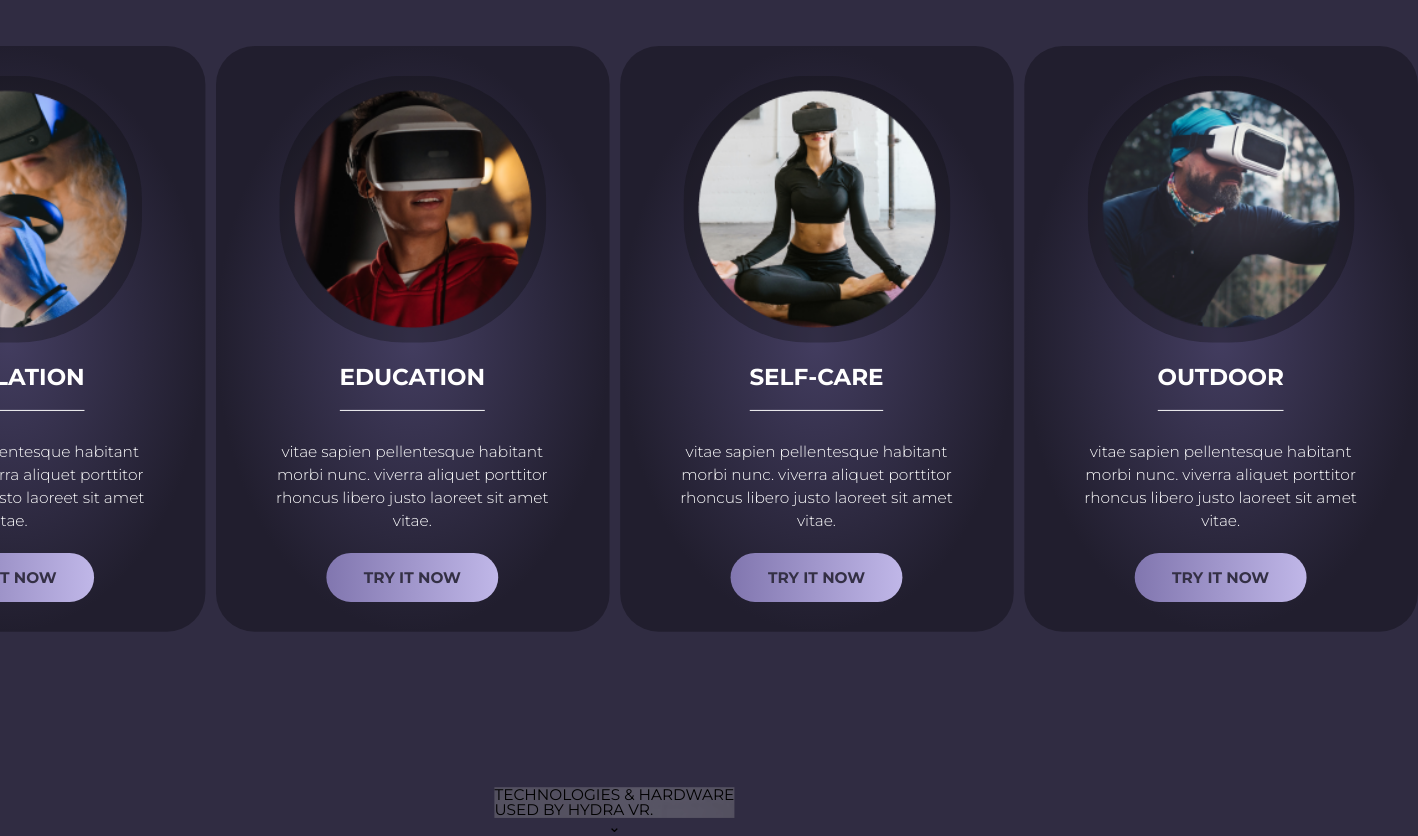
Repository: xMargi/Hydra-LandingPage
Page: index.html
An editor plug-in stored every save of this project. The page is shown before and after the next save, followed by the edit.
The browser window is 1280 px wide. The page is 1477 px wide, so the pictures cover 1477 px, including what lies to the right of the window. The pictures show the whole page, at 96% of full size.

Above is the page before, as saved 2023-06-07 20:48:58.

After the next save:
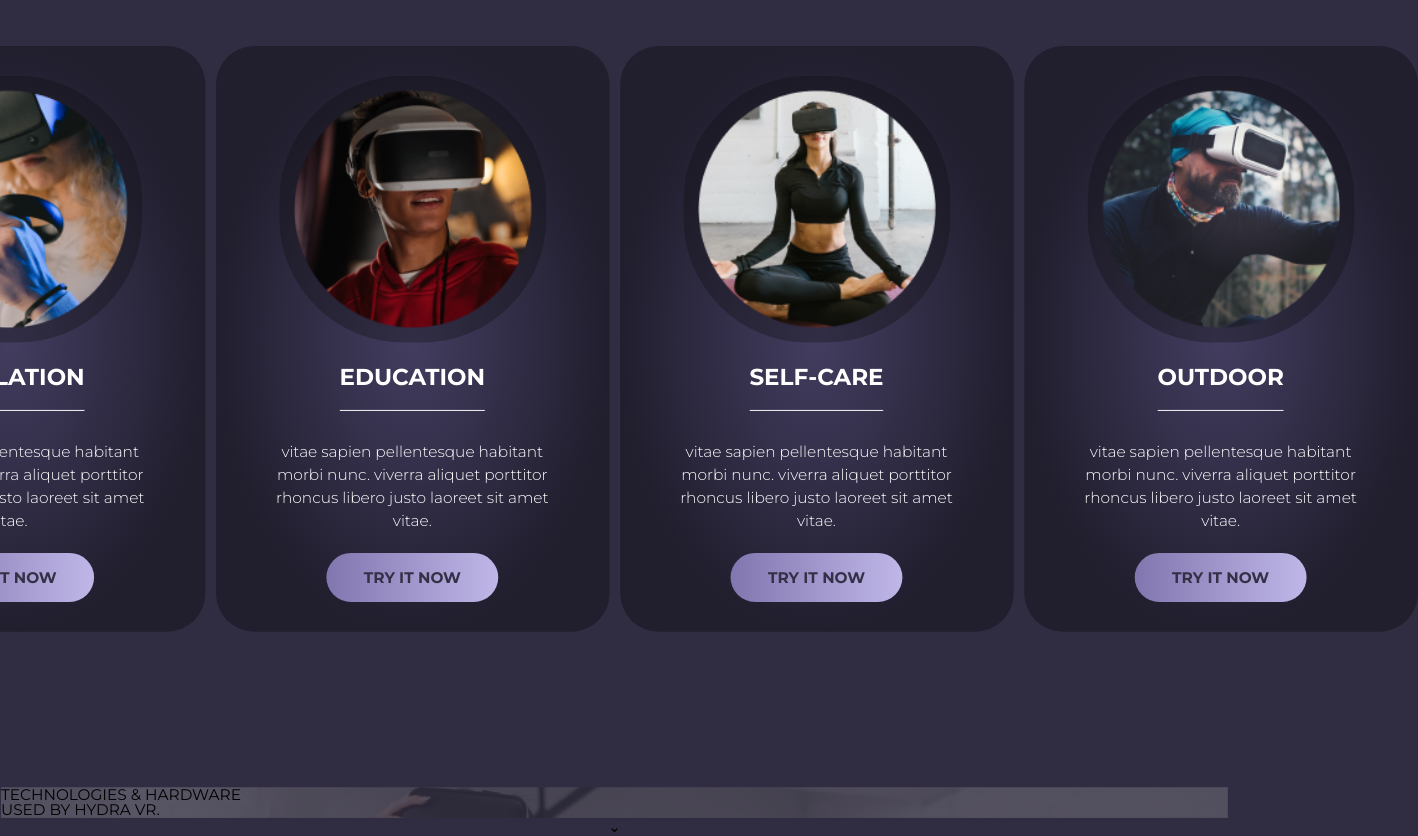
Saved 26 s later.
--- a/style.css
+++ b/style.css
@@ -96,6 +96,7 @@ body{
 
 
 .container__imagem{
+    width: 1278px;
     background-image: url(./assets/pexels.png);
     margin-top: 7.125rem;
 }
